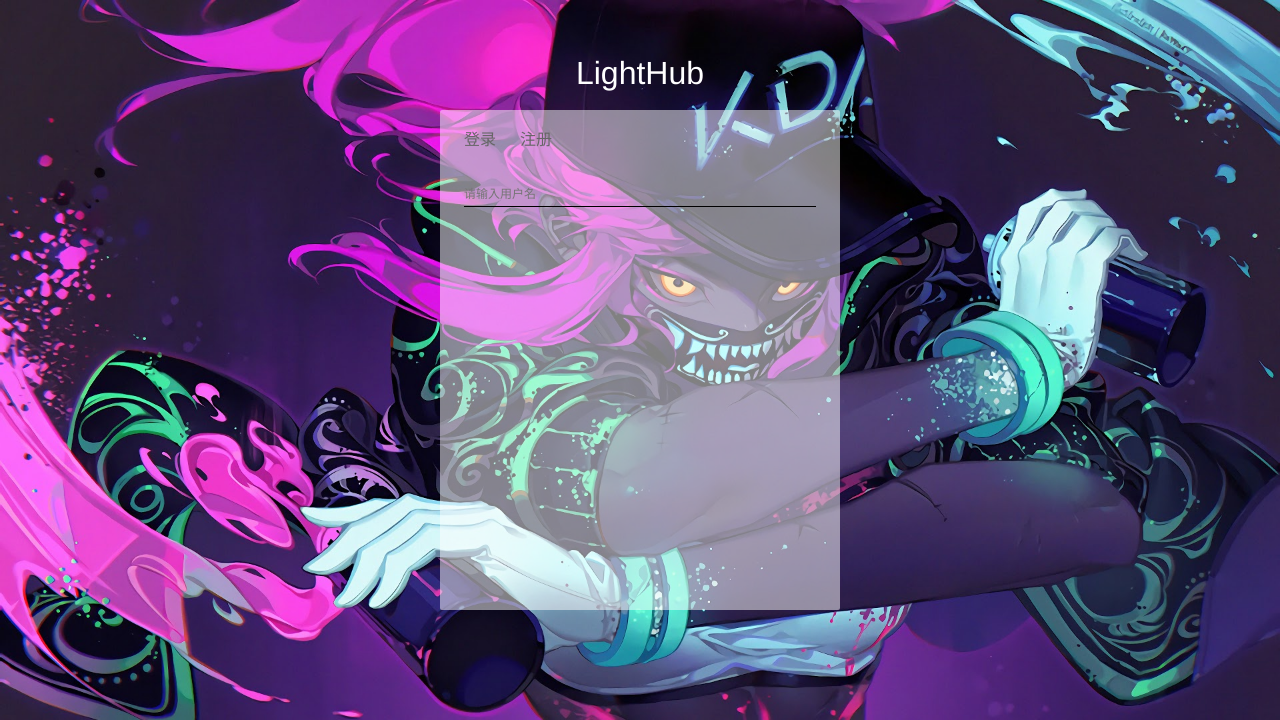
Repository: Martinell1/LightHub
Page: /login (app in LightHub/)
These files come from the project's save history. The page is drawn as it stood at one moment and after the next save; the edit follows.
The browser window is 1280 px wide. The pictures show the whole page.
The project was rebuilt for these pictures with package versions that can differ from the ones it lists, and the page was loaded fresh each time. Also part of the build but not shown: LightHub/vite.config.ts.

Above is the page before, as saved 2021-11-21 00:15:26.

### LightHub/src/main.ts
import { createApp } from 'vue'
import App from './App.vue'
import router from './router'
import store from './store'

createApp(App)
  .use(router)
  .use(store)
  .mount('#app')

### LightHub/src/App.vue
<template>
  <router-view></router-view>
</template>

<script setup lang="ts">

</script>

<style lang="scss">
@import "../src/css/app.scss";
</style>

### LightHub/src/router/index.ts
import { createRouter, createWebHistory } from 'vue-router'

const routes: Array<any> = [
  {
    path: '/login',
    name: 'Login',
    component: () => import('../views/Login.vue')
  },
  {
    path: '/',
    name: 'Main_Layout',
    component: () => import('../layout/Main_Layout.vue'),
    children: [
      {
        path: '/',
        name: 'Home',
        component: () => import('../views/Home.vue'),
      },
    ]
  }
]

const router = createRouter({
  history: createWebHistory(),
  routes
})


export default router

### LightHub/src/css/app.scss
:root{

}
/*css 初始化 */
html, body, ul, li, ol, dl, dd, dt, p, h1, h2, h3, h4, h5, h6,
form, fieldset, legend, img { margin:0; padding:0;}
fieldset, img,input,button { border:none; padding:0;margin:0;outline-style:none; }
ul, ol { list-style:none; }
input { padding-top:0; padding-bottom:0; font-family: "SimSun","宋体";}
select, input { vertical-align:middle; }
select, input, textarea { font-size:12px; margin:0; }
textarea { resize:none; }
img {border:0;    vertical-align:middle;}
table { border-collapse:collapse; }
body {
    font:16px Helvetica,Arial,sans-serif,Verdana,"\5b8b\4f53";
    color:#666;
    background:#fff
}
.clearfix:before,.clearfix:after{
    content:"";
    display:table;
}
.clearfix:after{clear:both;}
.clearfix{
    *zoom:1;/*IE/7/6*/
}
a{color:#666; text-decoration:none; }
a:hover{color:lightcoral;}
h1,h2,h3,h4,h5,h6{text-decoration:none;font-weight:normal;}
s,i,em{font-style:normal;text-decoration:none;}
.col-red{color: #C81623!important;}

::-webkit-scrollbar {
  width: 0 !important;
}
::-webkit-scrollbar {
  width: 0 !important;height: 0;
}

*{
  box-sizing: border-box;
}

/*公共类*/
.w{
    width: 1080px;margin:0 auto;
}
.fl {
    float:left
}
.fr {
    float:right
}
.al {
    text-align:left
}
.ac {
    text-align:center
}
.ar {
    text-align:right
}
.hide {
    display:none
}

.word-btn{
  line-height: 60px;
  height: 60px;
  cursor: pointer;
  margin-right: 24px;

  &:hover{
    font-weight: 600;
    color: #121212;
    border-bottom: 3px solid blue;
  }
}

### LightHub/src/views/Login.vue
<template>
  <div class="login-page">
    <div class="login-wrap">
      <div class="login-title">
        <h1>LightHub</h1>
      </div>
      <div class="login-tabs">
        <div class="login-tab word-btn">登录</div>
        <div class="login-tab word-btn">注册</div>
      </div>
      <div class="login-form">
        <div class="login-form-item">
          <input class="input" placeholder="请输入用户名" />
        </div>
      </div>
    </div>
  </div>
</template>

<script setup lang="ts">


</script>
<style lang='scss' scoped>
.login-page {
  display: flex;
  align-items: center;
  justify-content: center;
  width: 100vw;
  height: 100vh;
  background-image: url("../../src/assets/images/login-bg.jpg");
  background-size: cover;
  background-repeat: no-repeat;

  .login-wrap {
    position: relative;
    width: 400px;
    height: 500px;
    padding: 0 24px;
    border-radius: 2px;
    background-color: rgba($color: #ffffff, $alpha: 0.5);

    .login-title {
      position: absolute;
      left: 50%;
      transform: translate(-50%, -150%);
      color: white;
    }
  }

  .login-tabs {
    .login-tab {
      display: inline-block;
    }
  }

  .login-form {
    .login-form-item {
      margin: 12px 0;

      input {
        width: 100%;
        line-height: 24px;
        height: 24px;
        background: transparent;
      }
      border-bottom: 1px solid black;
    }
  }
}
</style>

Loaded but not shown: LightHub/index.html (common file); LightHub/src/store/index.js (no copy from this time; the picture is the same without it)

After the next save:
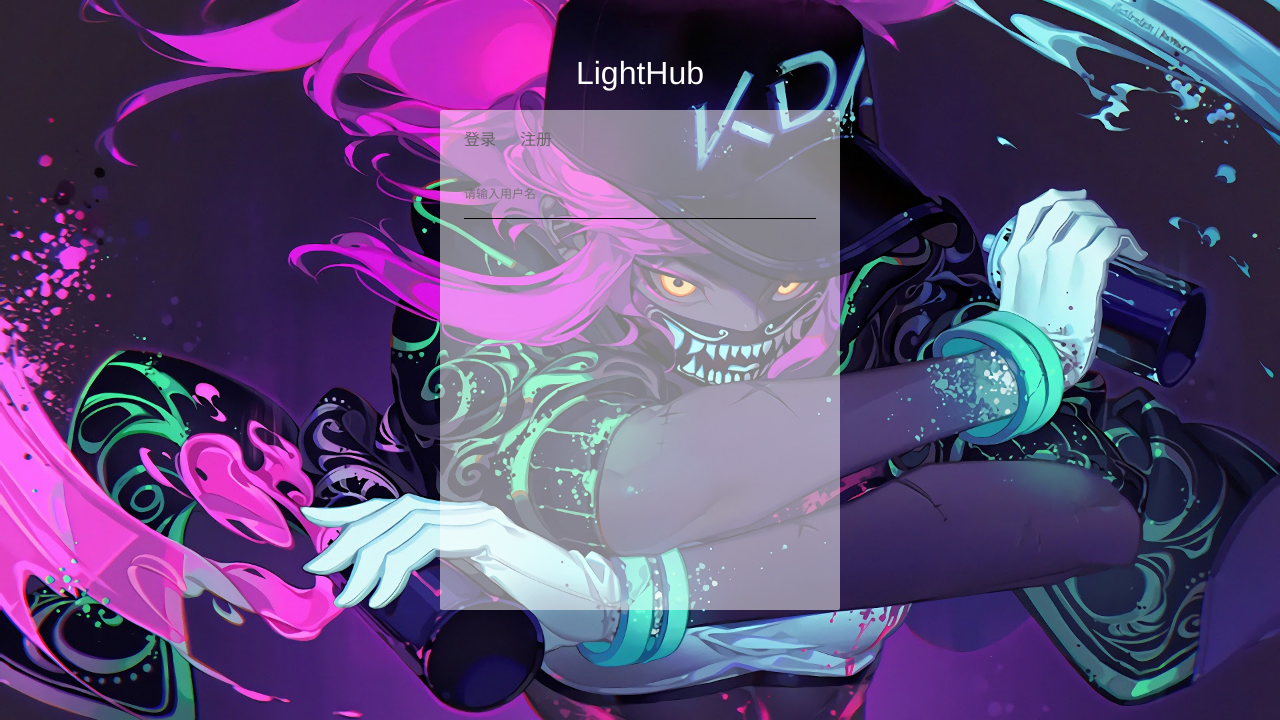
Saved 23 s later.
--- a/LightHub/src/views/Login.vue
+++ b/LightHub/src/views/Login.vue
@@ -56,7 +56,7 @@
 
   .login-form {
     .login-form-item {
-      margin: 12px 0;
+      padding: 12px 0;
 
       input {
         width: 100%;
